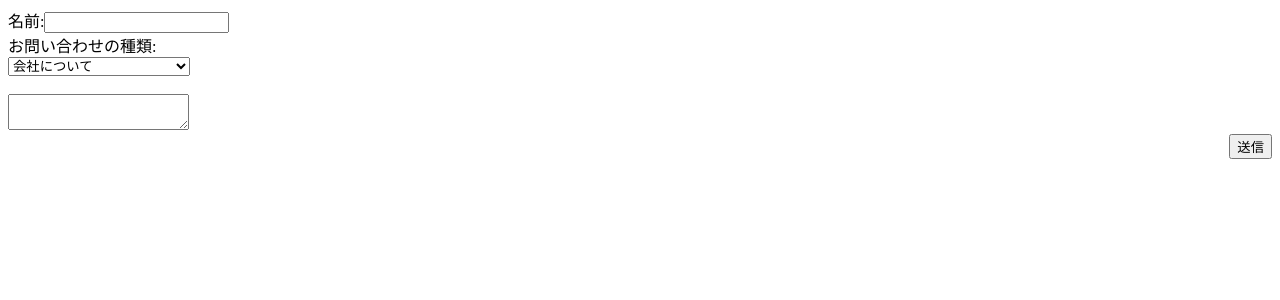
Repository: REDsky96/test
Page: http://localhost/PracticeWebpro/inquiry.jsp
The author's editor kept a copy of each file at every save. The page is drawn from the files as they stood at one save, then again after the next save.
The browser window is 1280 px wide. The pictures show the whole page.
The page is served by Tomcat 9.

Above is the page before, as saved 2018-11-12 04:20:22.

After the next save:
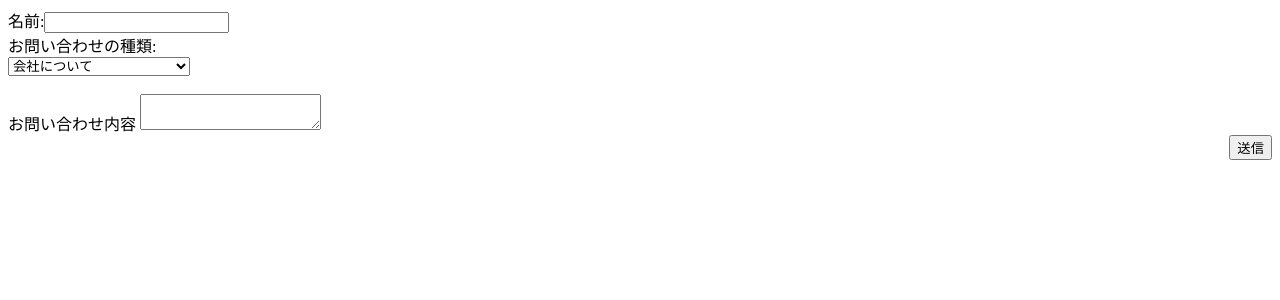
Saved 38 s later.
--- a/PracticeWebpro/WebContent/inquiry.jsp
+++ b/PracticeWebpro/WebContent/inquiry.jsp
@@ -18,8 +18,8 @@
     </select>
   </s:form>
   <br>
+  お問い合わせ内容
   <s:textarea name = "body"/>
-  <br>
   <s:submit value = "送信"/>
 
 </body>
